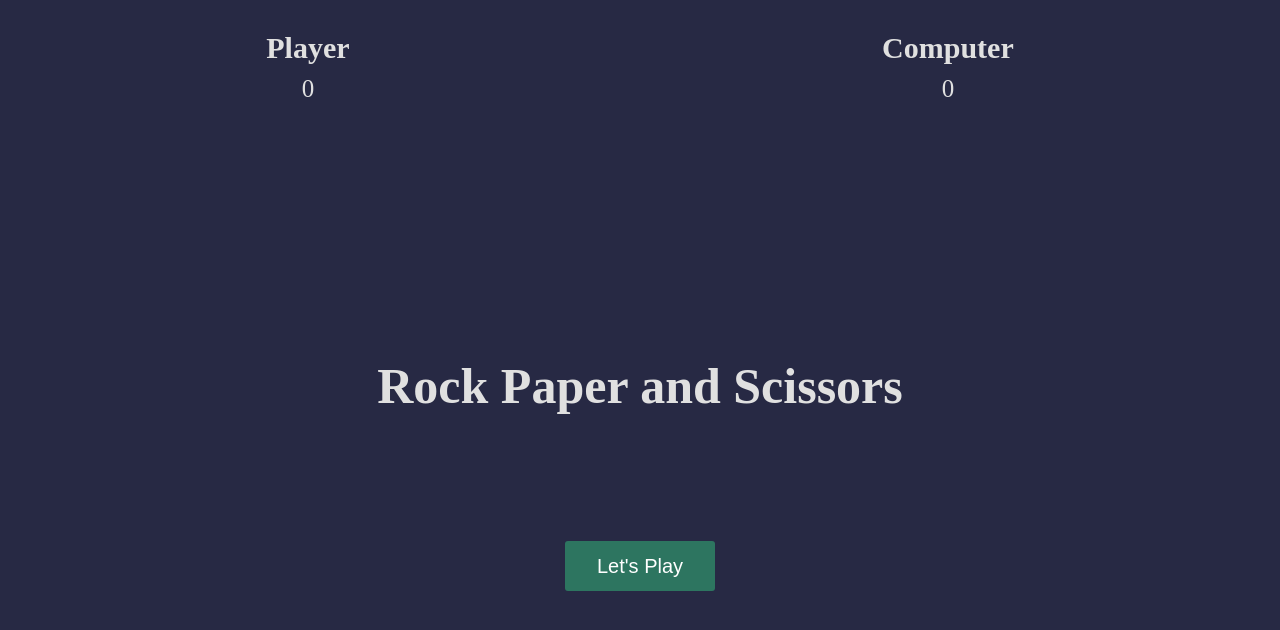
Repository: issaRan/Rock-Paper-Scissors
Page: index.html
An editor plug-in stored every save of this project. The page is shown before and after the next save, followed by the edit.
The browser window is 1280 px wide. The pictures show the whole page.

Above is the page before, as saved 2020-10-24 00:47:11.

### index.html
<!DOCTYPE html>
<html lang="en">
<head>
    <meta charset="UTF-8">
    <meta name="viewport" content="width=device-width, initial-scale=1.0">
    <title>Rock Paper Scissors</title>
    <link rel="stylesheet" href="./style.css">
</head>
<body>
    <section class="game">
        <div class="score">
            <div class="player-score">
                <h2>Player</h2>
                <p>0</p>
            </div>
            <div class="computer-score">
                <h2>Computer</h2>
                <p>0</p>
            </div>
        </div>
        <div class="result fadeOut">
            <div class="theWinner"></div>
            <button class="newGame">Start New game</button>
        </div>
        <div class="intro">
            <h1>Rock Paper and Scissors</h1>
            <button>Let's Play</button>
        </div>
        <div class="match fadeOut">
            <div class="winner">Choose an option</div>
            <div class="hands">
                <img class="player-hand" src="assets/rock.png" alt="">
                <img class="computer-hand" src="assets/rock.png" alt="">
            </div>
            <div class="options">
                <button class="rock">rock</button>
                <button class="paper">paper</button>
                <button class="scissors">scissors</button>
            </div>
        </div>
    </section>
    <script src="app.js"></script>
</body>
</html>

### style.css
*{
    margin: 0;
    padding: 0;
    box-sizing: border-box;
}

section{
    height: 100vh;
    background-color: rgba(39, 41, 68);
    font-family: 'Times New Roman', Times, serif;
}
.score{
    color: rgba(224, 224, 224);
    height: 20vh;
    display: flex;
    justify-content: space-around;
    align-items: center;
}
.score h2 {
    font-size: 30px;
}
.score p {
    text-align: center;
    padding: 10px;
    font-size: 25px;
}

.intro {
    color: rgba(224, 224, 224);
    height: 50vh;
    flex-direction: column;
    display: flex;
    align-items: center;
    justify-content: space-around;
    transition: opcaity 0.5s ease;
}
.intro h1 {
    font-size: 50px;
}
.intro button, .match button, .result button{
    width: 150px;
    height: 50px;
    background: none;
    border: none;
    color: white;
    font-size: 20px;
    background-color: rgb(45,117,96);
    border-radius: 3px;
    cursor: pointer;
}

.match {
    position: absolute;
    top: 50%;
    left: 50%;
    transform: translate(-50%,-50%);
    transition: opcaity 0.5s ease 0.5s;
}
.winner {
    color: rgba(224, 224, 224);
    text-align: center;
    font-size: 50px;
}

.hands, .options {
    display: flex;
    justify-content: space-around;
    align-items: center;
}

.player-hand{
    transform: rotateY(180deg);
}

div.fadeOut{
     opacity: 0;
     pointer-events: none;
}

div.fadeIn {
    opacity: 1;
    pointer-events: all;
}

.result {
    justify-content: space-around;
    align-items: center;
    text-align: center;
}
.theWinner {
    margin-top: 100px;
    font-size: 50px;
    color: white;
}

### app.js
let playerScore = 0;
let computerScore = 0;

const game = () => {
    const startGame = () => {
        const playerBtn = document.querySelector(".intro button")
        const introScreen = document.querySelector(".intro")
        const match = document.querySelector('.match')
        playerBtn.addEventListener('click',() => {
            introScreen.classList.add('fadeOut')
            match.classList.add('fadeIn')
        });
    };
    startGame();
};
const playMatch = () =>{
    const options = document.querySelectorAll(".options button")
    const playerHand = document.querySelector(".player-hand")
    const computerHand = document.querySelector(".computer-hand")
    const computerOptions = ['rock','paper','scissors']
    const announceWinner = document.querySelector(".result")
    const match = document.querySelector('.match')
    const postWinner = document.querySelector('.theWinner')
    const score = document.querySelector('.score')
    options.forEach(option=>{
        option.addEventListener('click',function(){
            const randomNumberForOption = Math.floor(Math.random() * 3);
            checkWinner(this.textContent,computerOptions[randomNumberForOption])
            playerHand.src = `./assets/${this.textContent}.png`
            computerHand.src = `./assets/${computerOptions[randomNumberForOption]}.png`
            updateScore()
            if(playerScore == 5 || computerScore == 5){
                match.classList.remove('fadeIn')
                score.classList.add('fadeOut')
                playerScore > computerScore ? postWinner.textContent = 'Player Wins !' : postWinner.textContent = 'Computer Wins !'
                announceWinner.classList.add('fadeIn')
            }
        })
    })
}

const updateScore = () =>{
    const pScore = document.querySelector(".player-score p")
    const cScore = document.querySelector(".computer-score p")
    pScore.textContent = playerScore
    cScore.textContent = computerScore
}
const checkWinner = (player,computer) => {
    console.log(player)
    console.log(computer)
    const winner = document.querySelector(".winner")
    console.log(winner)
    if(player == computer){
        winner.textContent = 'Tie !'
        return
    }
    if(player === 'rock'){
        if(computer === 'scissors'){
            winner.textContent = 'Player Wins !'
            playerScore++;
        }else{
            winner.textContent = 'Computer Wins !'
            computerScore++
        }
    }
    if(player === 'scissors'){
        if(computer === 'paper'){
            winner.textContent = 'Player Wins !'
            playerScore++;
        }else{
            winner.textContent = 'Computer Wins !'
            computerScore++
        }
    }
    if(player === 'paper'){
        if(computer === 'rock'){
            winner.textContent = 'Player Wins !'
            playerScore++;
        }else{
            winner.textContent = 'Computer Wins !'
            computerScore++
        }
    }
}
playMatch()
game()

After the next save:
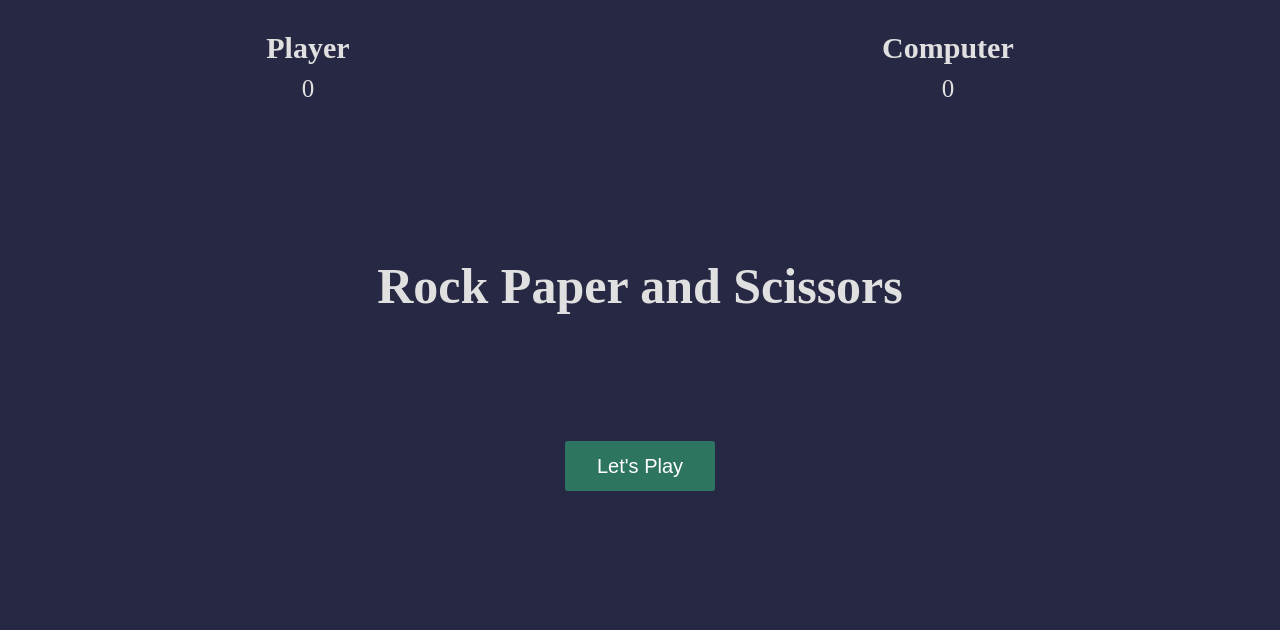
Saved 14 s later.
--- a/style.css
+++ b/style.css
@@ -88,7 +88,7 @@ div.fadeIn {
     text-align: center;
 }
 .theWinner {
-    margin-top: 100px;
+    justify-content: space-around;
     font-size: 50px;
     color: white;
 }
